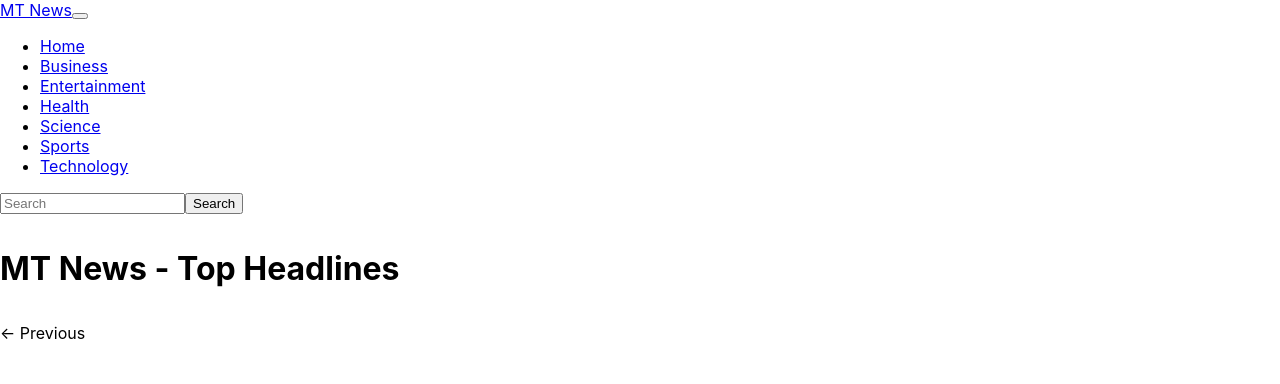
Repository: professorsourabh/news_website_using-ReactJS
Page: /health
An editor plug-in stored every save of this project. The page is shown before and after the next save, followed by the edit.
The browser window is 1280 px wide. The pictures show the whole page.
The page's requests for data from a server got no answer. The project was rebuilt for these pictures with package versions that can differ from the ones it lists, and the page was loaded fresh each time. No one was signed in, and anything a server would have sent is missing. Also part of the build but not shown: src/Components/NewsaItem.js.

Above is the page before, as saved 2023-05-26 11:51:57.

After the next save:
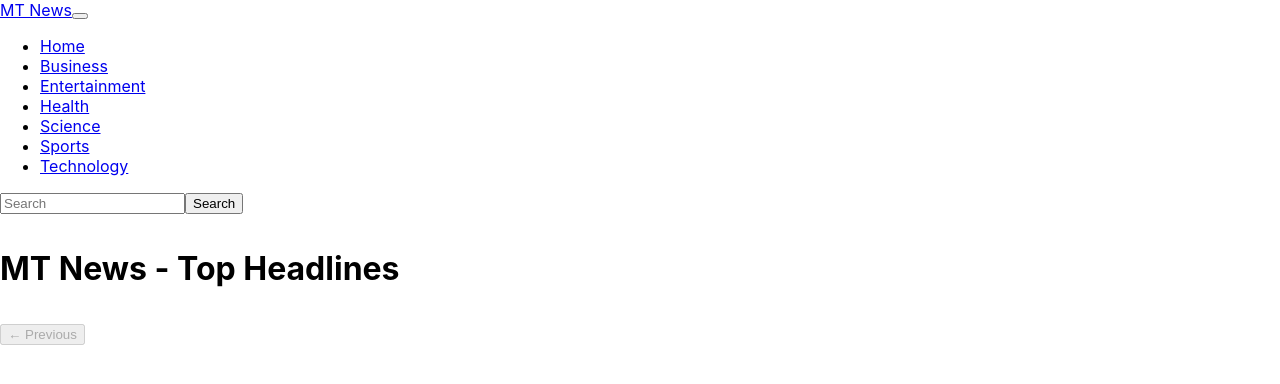
Saved 32 s later.
--- a/src/Components/News.js
+++ b/src/Components/News.js
@@ -83,7 +83,7 @@ export class News extends Component {
 
         )}
         <div className="container d-flex justify-content-between">
-            <a disabled={this.state.page<=1} type="button" className="btn btn-primary" onClick={this.handlePrevious}>&larr; Previous</a>
+            <button disabled={this.state.page<=1} type="button" className="btn btn-primary" onClick={this.handlePrevious}>&larr; Previous</button>
             {/* <a disabled={this.state.page<=1} type="button" className="btn btn-primary" onClick={this.handleNext}>Next &rarr;</a> */}
             </div>
       </div>
